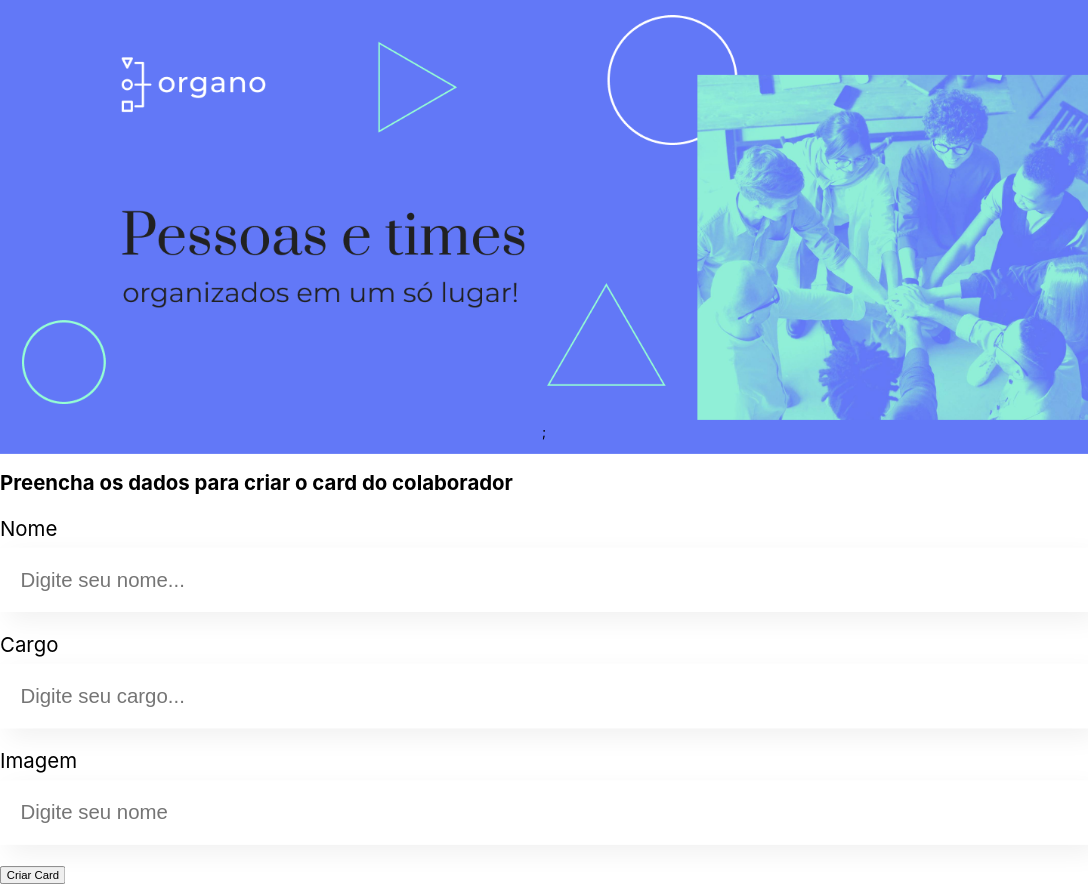
Repository: guilhermecardoso93/organo
Page: /
These files come from the project's save history. The page is drawn as it stood at one moment and after the next save; the edit follows.
The browser window is 1280 px wide. The pictures show the whole page, at 85% of full size.
The project was rebuilt for these pictures with package versions that can differ from the ones it lists, and the page was loaded fresh each time.

Above is the page before, as saved 2024-05-26 11:56:48.

After the next save:
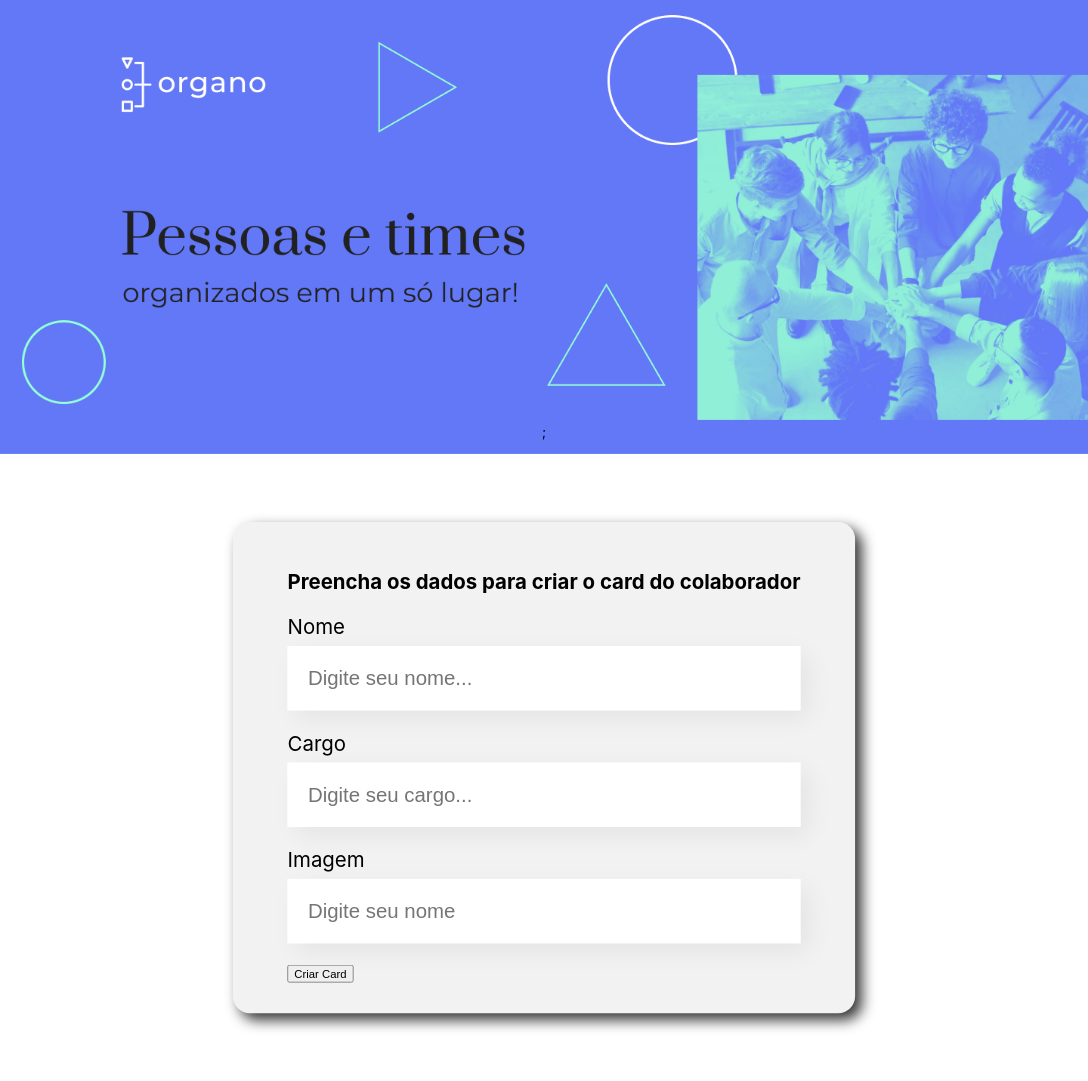
Saved 14 min 21 s later.
--- a/src/components/Form/index.js
+++ b/src/components/Form/index.js
@@ -1,4 +1,5 @@
 import { Input } from "../Input";
+import './styles.css'
 
 export function Form() {
   return (
